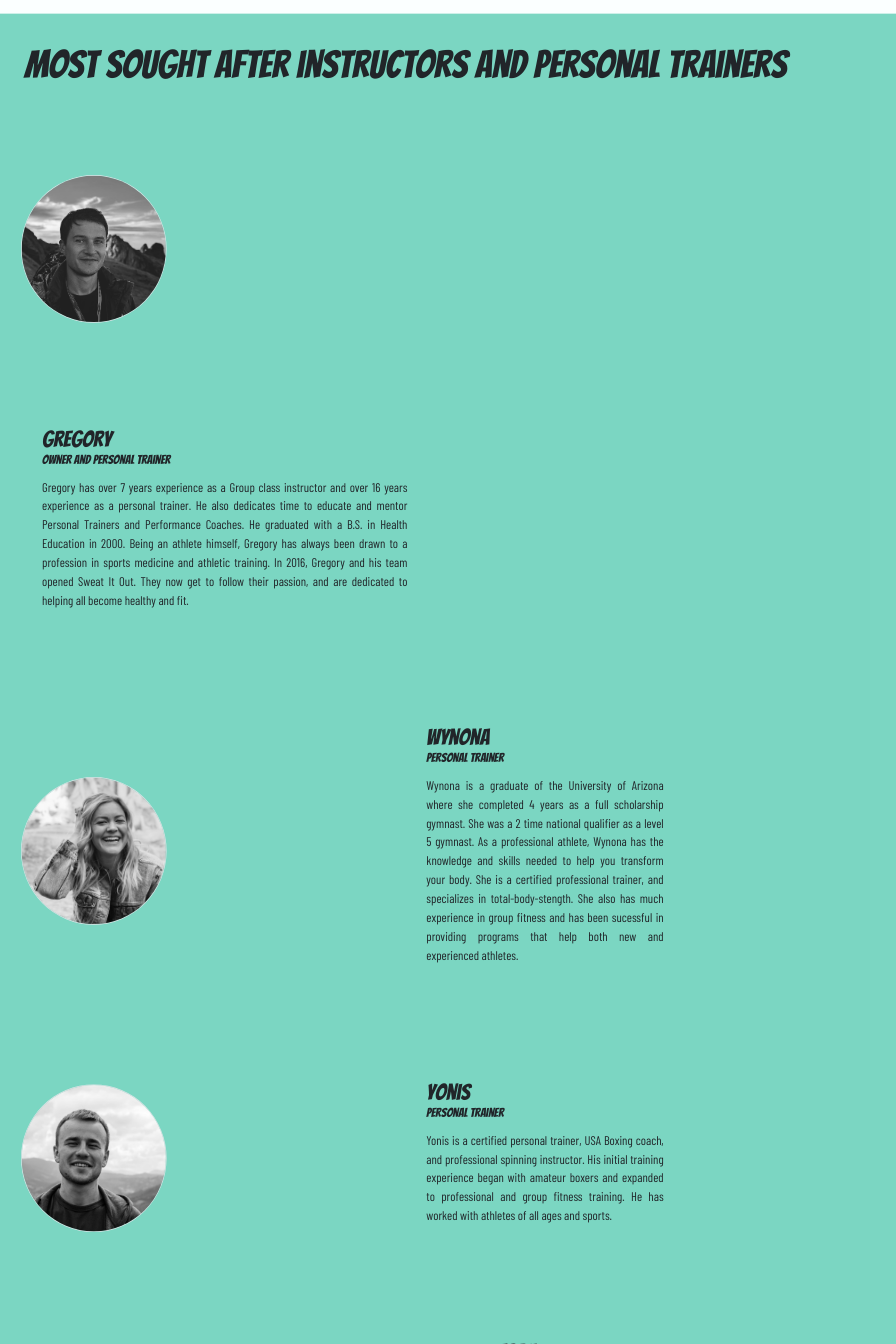
Repository: amybru/sweatitout
Page: about.html
The author's editor kept a record of every edit. The page is drawn from the files as they stood at one moment, then again after the next edit.
The browser window is 1280 px wide. The pictures show the part of the page from y = 683 to 2603 px (the page is 3764 px tall before and 3403 px after), at 70% of full size.
Some web fonts or font styles are not loaded; a fallback is used. Some web libraries are served in a nearby version.

Above is the page before.

After the next edit:
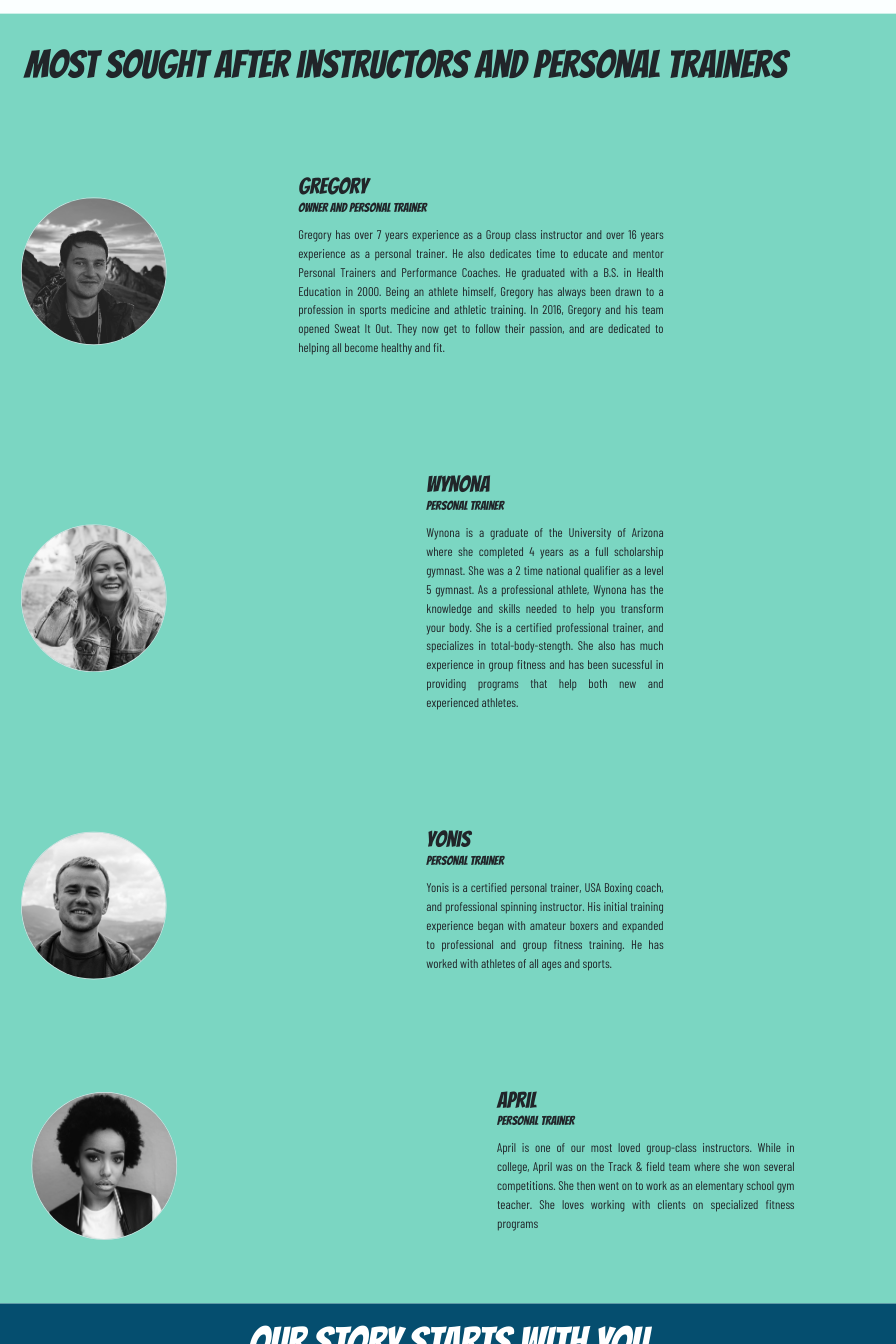
The edit:
--- a/about.html
+++ b/about.html
@@ -67,7 +67,7 @@
                     Most sought after instructors and personal trainers
                 </h2>
                 <div class="row">
-                    <div class="col-12 col-lg-8 flex">
+                    <div class="col-12 col-lg-4 flex">
                         <img class="photo border" src="./img/trainerone.jpeg" alt="Gregory">
                     </div>
                     <div class="col-12 col-lg-8 flex">
